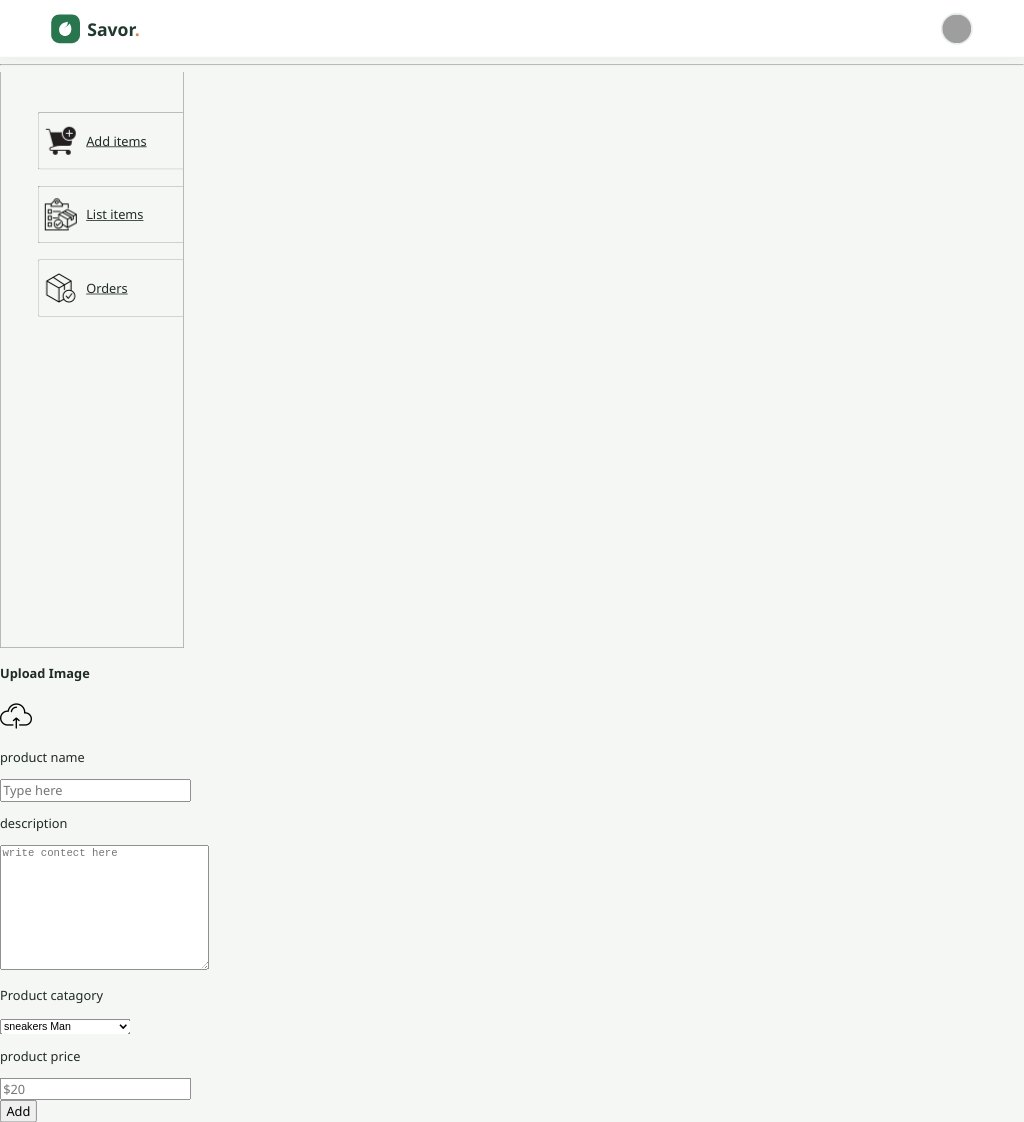
Repository: prince44991/Ecommerce-Project-Full-Stack
Page: /Additem (app in admin/my-react-app/)
An editor plug-in stored every save of this project. The page is shown before and after the next save, followed by the edit.
The browser window is 1280 px wide. The pictures show the whole page, at 80% of full size.
Pictures or frames that could not be fetched are drawn as grey boxes. The project was rebuilt for these pictures with package versions that can differ from the ones it lists, and the page was loaded fresh each time. Also part of the build but not shown: admin/my-react-app/vite.config.js, admin/my-react-app/src/pages/Order/Order.jsx, admin/my-react-app/src/pages/List/List.jsx.

Above is the page before, as saved 2026-09-29 21:12:56.

After the next save:
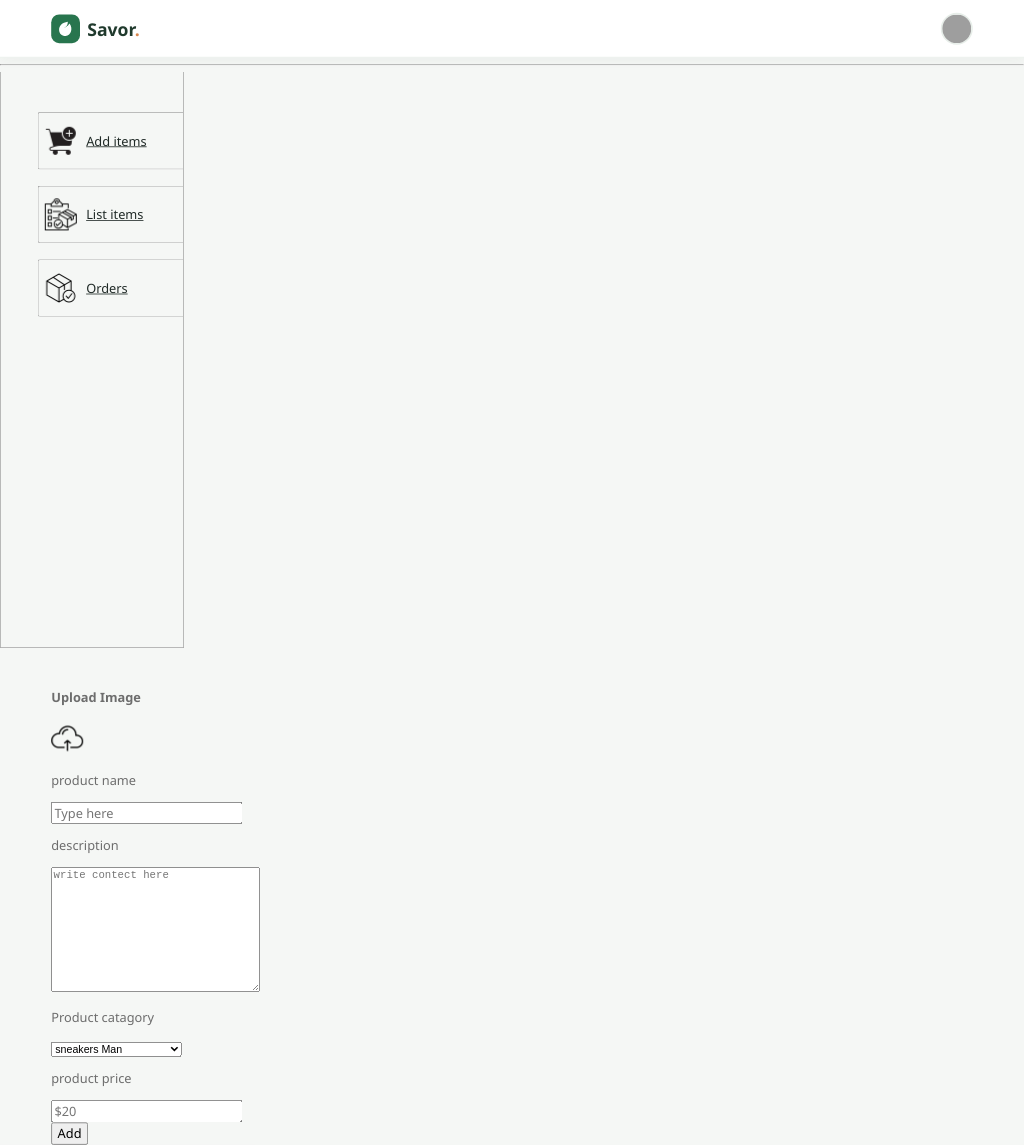
Saved 78 s later.
--- a/admin/my-react-app/src/pages/Add/Add.jsx
+++ b/admin/my-react-app/src/pages/Add/Add.jsx
@@ -2,6 +2,7 @@
 
 import React from "react";
 import cloud from "../../assets/cloud-computing.png";
+import "./Add.css";
 const Add = () => {
   return (
     <div className="add">
@@ -44,8 +45,8 @@ const Add = () => {
           </div>
 
           <div className="add-price flex-col">
-<p>product price</p>
-<input type='number' name='price' placeholder="$20"/>
+            <p>product price</p>
+            <input type="number" name="price" placeholder="$20" />
           </div>
         </div>
         <button>Add</button>
